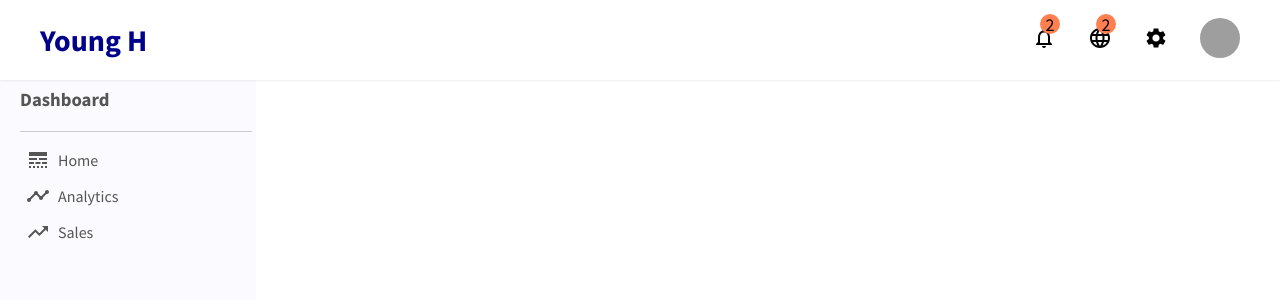
Repository: noname20011/admin
Page: /
The author's editor kept a copy of each file at every save. The page is drawn from the files as they stood at one save, then again after the next save.
The browser window is 1280 px wide. The pictures show the whole page.
Pictures or frames that could not be fetched are drawn as grey boxes. The project was rebuilt for these pictures with package versions that can differ from the ones it lists, and the page was loaded fresh each time.

Above is the page before, as saved 2021-11-13 09:55:31.

After the next save:
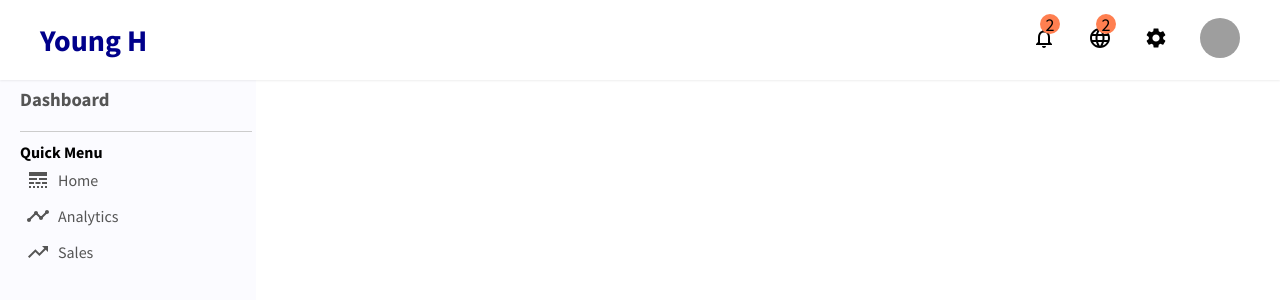
Saved 5 min 21 s later.
--- a/src/comopnents/sidebar/Sidebar.jsx
+++ b/src/comopnents/sidebar/Sidebar.jsx
@@ -6,20 +6,23 @@ export default function Sidebar() {
         <div className="sidebar">
             <div className="sidebarWrapper">
                 <h3 className="sidebarTitle">Dashboard</h3>
-                <ul className="sidebarLists">
-                    <li className="sidebarListItem">
-                        <LineStyle/>
-                        Home
-                    </li>
-                    <li className="sidebarListItem">
-                        <Timeline/>
-                        Analytics
-                    </li>
-                    <li className="sidebarListItem">
-                        <TrendingUp/>
-                        Sales
-                    </li>
-                </ul>
+                <div className="sideMenu">
+                    <h4 className="sidebarMenuTitle">Quick Menu</h4>
+                    <ul className="sidebarLists">
+                        <li className="sidebarListItem">
+                            <LineStyle/>
+                            Home
+                        </li>
+                        <li className="sidebarListItem">
+                            <Timeline/>
+                            Analytics
+                        </li>
+                        <li className="sidebarListItem">
+                            <TrendingUp/>
+                            Sales
+                        </li>
+                    </ul>
+                </div>
             </div>
         </div>
     )
